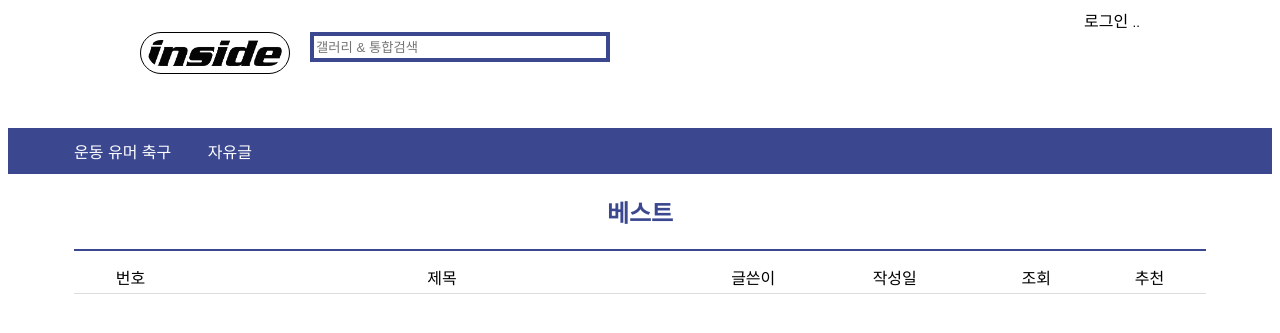
Repository: inhoo123/backup
Page: http://localhost/community-inside/index
An editor plug-in stored every save of this project. The page is shown before and after the next save, followed by the edit.
The browser window is 1280 px wide. The pictures show the whole page.
Some web fonts or font styles are not loaded; a fallback is used. The page is served by Tomcat 10. Other server files are loaded and not shown.

Above is the page before, as saved 2024-06-27 02:11:15.

### web-workspace/community-inside/src/main/webapp/WEB-INF/view/index.jsp
<%@ page language="java" contentType="text/html; charset=UTF-8"
	pageEncoding="UTF-8"%>
<%@ page trimDirectiveWhitespaces="true"%>
<%@ taglib prefix="c" uri="http://java.sun.com/jsp/jstl/core"%>
<!DOCTYPE html>
<html>
<head>
<meta charset="UTF-8">
<title>${category}갤러리</title>
<link rel="stylesheet"
	href="${pageContext.servletContext.contextPath }/css/style.css?<%=System.currentTimeMillis() %>" />
</head>
<body>

	<%@ include file="/WEB-INF/view/common/header.jsp"%>
	<div class="container px-1"></div>
	<div class="container px-1">
		<div style="text-align: center;">
			<h2 style="color: #3b4890; font-weight: 700;">베스트</h2>
			<div style="margin-top: 10px; text-align: right;">


			</div>
			<table class="default-table">
				<thead>
					<tr class="border-bottom">
					<hr width = "100%" color = "#3b4890" size = "2">
						<th style="width: 10%">번호</th>
						<th>제목</th>
						<th style="width: 10%">글쓴이</th>
						<th style="width: 15%">작성일</th>
						<th style="width: 10%">조회</th>
						<th style="width: 10%">추천</th>

					</tr>
				</thead>
				<tbody>
					<div>
						<c:forEach items="${post}" var="one" >
							<tr style="border-bottom: 1px solid #ddd; height: 30px;">


								<td><a
									href="${pageContext.servletContext.contextPath }/posts/view?no=${one.no}"
									class="no-deco-link">${one.no } </a></td>
								<td><a
									href="${pageContext.servletContext.contextPath }/posts/view?no=${one.no}"
									class="no-deco-link">${one.title } </a></td>
								<td class="text-center">${one.writerId}</td>
								<td class="text-center">${one.writedAt}</td>
								<td class="text-center">${one.viewCount}</td>
								<td class="text-center">${one.likes}</td>


							</tr>
						</c:forEach>
					</div>
				</tbody>

			</table>
			<div style="text-align: center; margin-top: 30px">
				<c:forEach begin="1" end="${totalPages }" var="i">
					<c:choose>
						<c:when test="${i == currentPage }">
							<b style="color: red">${i }</b>
						</c:when>
						<c:otherwise>
							<a
								href="${pageContext.servletContext.contextPath }/index?p=${i}">${i }</a>
						</c:otherwise>
					</c:choose>
				</c:forEach>
			</div>

		</div>
	</div>

</body>
</html>

### web-workspace/community-inside/src/main/webapp/WEB-INF/view/common/header.jsp
<%@ page language="java" contentType="text/html; charset=UTF-8"
	pageEncoding="UTF-8"%>
<%@ taglib prefix="c" uri="http://java.sun.com/jsp/jstl/core"%>

<div class="dchead">

	<!-- links -->
	<div style="display: flex; justify-content: flex-end; gap: 2px;">
		<c:choose>
			<c:when test="${sessionScope.authUser == null }">
				<div>
					<a href="${pageContext.servletContext.contextPath }/login"
						>로그인 <small>..</small></a>
				</div>
			</c:when>
			<c:otherwise>
				<div>
					<a href="${pageContext.servletContext.contextPath }/login"
						> ${sessionScope.authUser.name }님 </a> <a
						href="${pageContext.servletContext.contextPath }/login"
						> 로그아웃</a>
				</div>
			</c:otherwise>
		</c:choose>
	</div>
	<!-- logo & searchbar -->
	<div
		style="display: flex;  gap: 20px;">

		<a href="${pageContext.servletContext.contextPath }/index"> <img
			src="${pageContext.servletContext.contextPath }/image/inside.png"
			style="border: 1px solid black; padding: 7px; width: 150px; background-color: white; border-radius: 32px;" />
		</a>
		<div >
					<form action="${pageContext.servletContext.contextPath }/search/view">
						<input class="search" type="text" placeholder="갤러리 & 통합검색" name="q"
							style="width: 300px;" value="${param.q }" />
					</form>
		</div>


	</div>
</div>
<div class="gnb_bar">
<div class="container px-1">
<div style="text-align: left;">
	<a href="${pageContext.servletContext.contextPath }/list"
		><span style="color:white;  font-weight: 550;">운동</span></a>


		<a href="${pageContext.servletContext.contextPath }/list"
		><span style="color:white;  font-weight: 550;">유머</span></a>


		<a href="${pageContext.servletContext.contextPath }/list"
		><span style="color:white;  font-weight: 550;">축구</span></a>


		<a href="${pageContext.servletContext.contextPath }/list"
		><span style="color:white;  font-weight: 550;">&emsp;&emsp;자유글</span></a>
		</div>
		</div>
</div>
<!-- 네비게이션 -->

### web-workspace/community-inside/src/main/java/controller/IndexController.java
package controller;

import java.io.IOException;

import jakarta.servlet.ServletException;
import jakarta.servlet.annotation.WebServlet;
import jakarta.servlet.http.HttpServlet;
import jakarta.servlet.http.HttpServletRequest;
import jakarta.servlet.http.HttpServletResponse;
import model.dao.PostDao;
import model.vo.Post;

@WebServlet("/index")
public class IndexController extends HttpServlet {
	@Override
	protected void doGet(HttpServletRequest request, HttpServletResponse response)
			throws ServletException, IOException {

		try {
			// =======================카테고리=======================================

//			PostDao postDao = new PostDao();
//			Post categorys = (Post) postDao.findByCategroyPosts(category);
//			request.setAttribute("categorys", categorys);
			// =======================================================================
				request.getRequestDispatcher("/WEB-INF/view/index.jsp").forward(request, response);


		} catch (Exception e) {
			e.printStackTrace();
		}
	}
}

### web-workspace/community-inside/src/main/webapp/css/style.css
@charset "UTF-8";

@import
	url('https://fonts.googleapis.com/css2?family=Nanum+Gothic&display=swap');

* {
	font-family: "Nanum Gothic", sans-serif;
  font-weight: 400;
  font-style: normal;
  box-sizing: border-box;
}

h1, h2, h3, h4, h5, h6 {
	font-weight: lighter;
}

.gnb_bar2 {
    position: relative;
    min-width: 1050px;
    background-color: #3b4890;
    border: 1px solid #3b4890;
    border-width: 1px 0 1px 0;
    padding: 10px;
}

.top{
	padding-top:100px;

}

.aa{
    font-size: 12px;
    font-family: -apple-system,BlinkMacSystemFont,"Apple SD Gothic Neo","Malgun Gothic","맑은 고딕",arial,Dotum,돋움,sans-serif;
    margin: 0;
    padding: 0;
    vertical-align: baseline;
    background: transparent;
    font-style: normal;
    position: relative;
    min-width: 1050px;
    background-color: #3b4890;
    border: 1px solid #3b4890;
    border-width: 1px 0 1px 0;
}
.gnb_bar {
    position: relative;
    min-width: 1050px;
    background-color: #3b4890;
    border: 1px solid #3b4890;
    border-width: 1px 0 1px 0;
    padding: 10px;
}

center{
	margin: 0 auto;

}


.search{
	height: 30px;
	width: 400px;
	border: 4px solid #3b4890;
	background: #ffffff;
}



.dc_logo {
    overflow: hidden;
    position: absolute;
    top: 20px;
    left: -43px;
    text-align: center;
}
.dchead {
    position: relative;
    width: 1000px;
    height: 120px;
    margin: 0 auto;
}

body {
	min-width: 960px;
}

.no-deco-link {
	color: #444;
	text-decoration: none;
}

.fs-small {
	font-size: 0.8rem;
}

.fs-large {
	font-size: 1.2rem;
}

.srch-bar {
	padding: 12px;
	border-radius: 12px;
	font-size: 1.1rem;
	width: 480px;
}

.login-input {
	padding: 16px;
	border: 1px solid #ddd;
	width: 100%;
	box-sizing: border-box;
	font-size: 1.25rem;
	border-radius: 20px;
}

/* table css ======================================== */
.default-table {
	border-collapse: collapse;
	width: 100%;
	margin-top:10px;
}
.border-bottom {
	border-bottom: 1px solid #ddd;
}
.default-table td, .default-table th {
	padding : 4px;
}
.text-center {
	text-align: center;
}



a {
	text-decoration: none;
}

input:focus {
	outline: none;
}

textare:focus, textarea:active {
	outline: none;
}

button:hover {
	background-color: #ddd;
	cursor: pointer;
}

button:active {
	background-color: #ccc;
	cursor: pointer;
}

/* 영역 사이즈 클래스 */
.container {
	width: 1140px;
	margin: auto;
}
.container2 {
	width: 1500px;
	margin: auto;
}

.wrap-md {
	width: 720px;
	margin: auto;
}

.wrap-sm {
	width: 540px;
	margin: auto;
}

.wrap-x-sm {
	width: 360px;
	margin: auto;
}

.d-flex {
	display: flex;
}

.space-between {
	justify-content: space-between;
}

/* 컴포넌트 너비 클래스 */
.w-50 {
	width: 50%;
}

.w-100 {
	width: 100%;
}
/* 컴포넌트 테두리 클래스 */
.border {
	border: 1px solid #999;
}

.border-rounded {
	border: 1px solid #999;
	border-radius: 4px;
}

/* 글씨 정렬 클래스 */
.text-left {
	text-align: left;
}

.text-center {
	text-align: center;
}

.text-right {
	text-align: right;
}

/* 글씨 색상 클래스 */
.warning {
	color: orangered;
}

.info {
	color: limegreen;
}


/* 뱃지 클래스 */
.badge-info {
	background-color:  limegreen;
	color: white;
	padding : 4px 8px;
	border-radius: 4px;
}
.badge-warning {
	background-color:  orangered;
	color: white;
	padding : 4px 8px;
	border-radius: 4px;
}
.badge-dark {
	background-color:  #333333;
	color: white;
	padding : 4px 8px;
	border-radius: 4px;
}


.fs-1 {
	font-size: 2rem;
}

.fs-2 {
	font-size: 1.5rem;
}

.fs-3 {
	font-size: 1.17rem;
}

.fs-4 {
	font-size: 1.0rem;
}

.fs-5 {
	font-size: 0.8rem;
}

.fs-6 {
	font-size: 0.65rem;
}
/* 글씨 색상 */

/* 기본 패딩 클래스 */
.p-1 {
	padding: 4px;
}

.p-2 {
	padding: 8px;
}

.p-3 {
	padding: 12px;
}

.p-4 {
	padding: 16px;
}

.p-5 {
	padding: 20px;
}

.px-1 {
	padding-left: 4px;
	padding-right: 4px;
}

.px-2 {
	padding-left: 8px;
	padding-right: 8px;
}

.px-3 {
	padding-left: 12px;
	padding-right: 12px;
}

.px-4 {
	padding-left: 16px;
	padding-right: 16px;
}

.px-5 {
	padding-left: 20px;
	padding-right: 20px;
}

/* 기본 마진 클래스 */
.mx-1 {
	margin: auto 4px;
}

.mx-2 {
	margin: auto 8px;
}

.mx-3 {
	margin: auto 12px;
}

.mx-4 {
	margin: auto 16px;
}

.mx-5 {
	margin: auto 20px;
}

.my-1 {
	margin: 4px auto;
}

.my-2 {
	margin: 8px auto;
}

.my-3 {
	margin: 12px auto;
}

.my-4 {
	margin: 16px auto;
}

.my-5 {
	margin: 20px auto;
}
/*
.item {
	box-shadow: 1px 2px 4px 1px #888888;
}
*/
.item:hover {
	background-color: #eee;
}

a {
	text-decoration: none;
	color: black;
}
.search {
  position: relative;
  width: 300px;
}

h1, h2, h3, h4, h5, h6 {
	font-weight: lighter;
}

body {
	min-width: 960px;
}

.no-deco-link {
	color: #444;
	text-decoration: none;
}

.fs-small {
	font-size: 0.8rem;
}

.fs-large {
	font-size: 1.2rem;
}

.srch-bar {
	padding: 12px;
	border-radius: 12px;
	font-size: 1.1rem;
	width: 480px;
}

.login-input {
	padding: 16px;
	border: 1px solid #ddd;
	width: 100%;
	box-sizing: border-box;
	font-size: 1.25rem;

}

.login-input2 {
	padding: 16px;
	border: 1px solid #ddd;
	background-color: #3b4890;
	width: 100%;
	box-sizing: border-box;
	font-size: 1.25rem;
	color:white;
}


/* table css ======================================== */
.default-table {
	border-collapse: collapse;
	width: 100%;
	margin-top:10px;
}
.border-bottom {
	border-bottom: 1px solid #ddd;
}
.default-table td, .default-table th {
	padding : 4px;
}
.text-center {
	text-align: center;
}

After the next save:
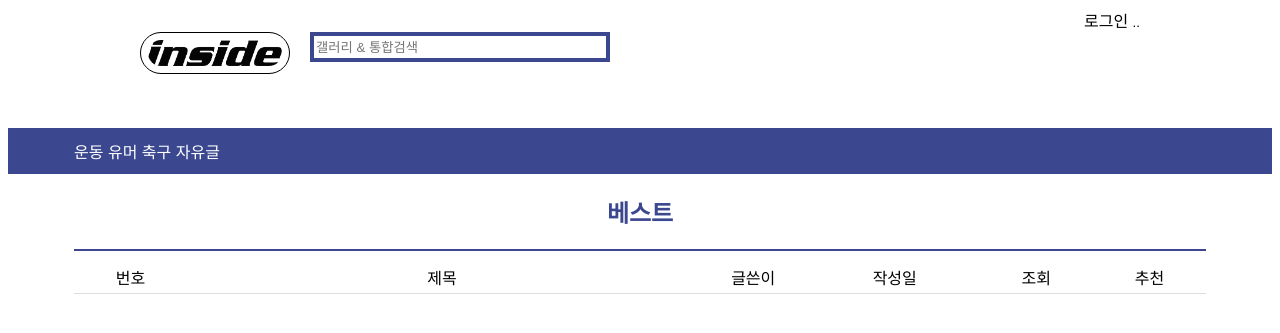
Saved 5 s later.
--- a/web-workspace/community-inside/src/main/webapp/WEB-INF/view/common/header.jsp
+++ b/web-workspace/community-inside/src/main/webapp/WEB-INF/view/common/header.jsp
@@ -57,7 +57,7 @@
 
 
 		<a href="${pageContext.servletContext.contextPath }/list"
-		><span style="color:white;  font-weight: 550;">&emsp;&emsp;자유글</span></a>
+		><span style="color:white;  font-weight: 550;">자유글</span></a>
 		</div>
 		</div>
 </div>
